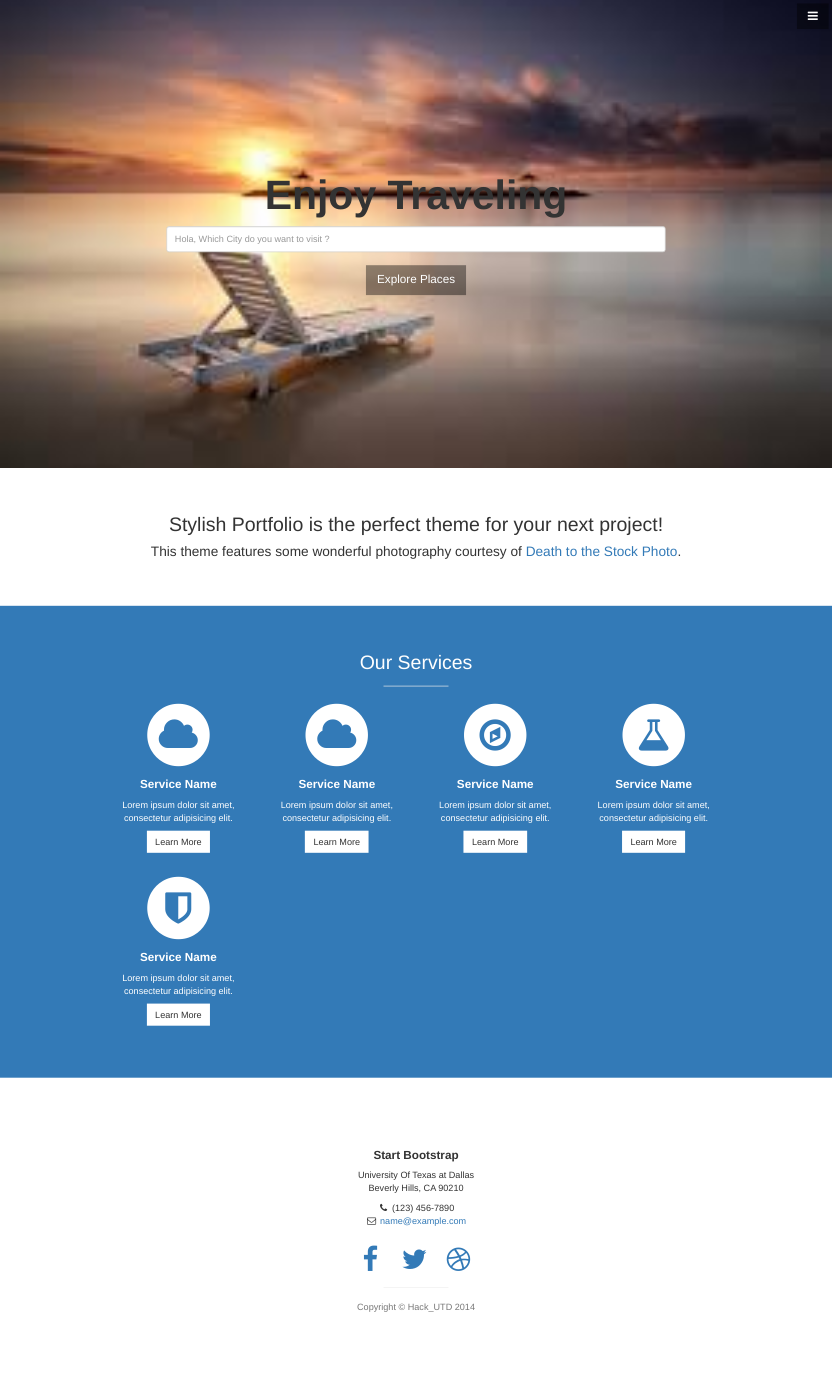
Repository: thomasronk/UTD_Hack
Page: http://localhost/route/Search
An editor plug-in stored every save of this project. The page is shown before and after the next save, followed by the edit.
The browser window is 1280 px wide. The pictures show the whole page, at 65% of full size.
Some web fonts or font styles are not loaded; a fallback is used. The page is served by Tomcat 9.

Above is the page before, as saved 2015-01-18 08:42:00.

After the next save:
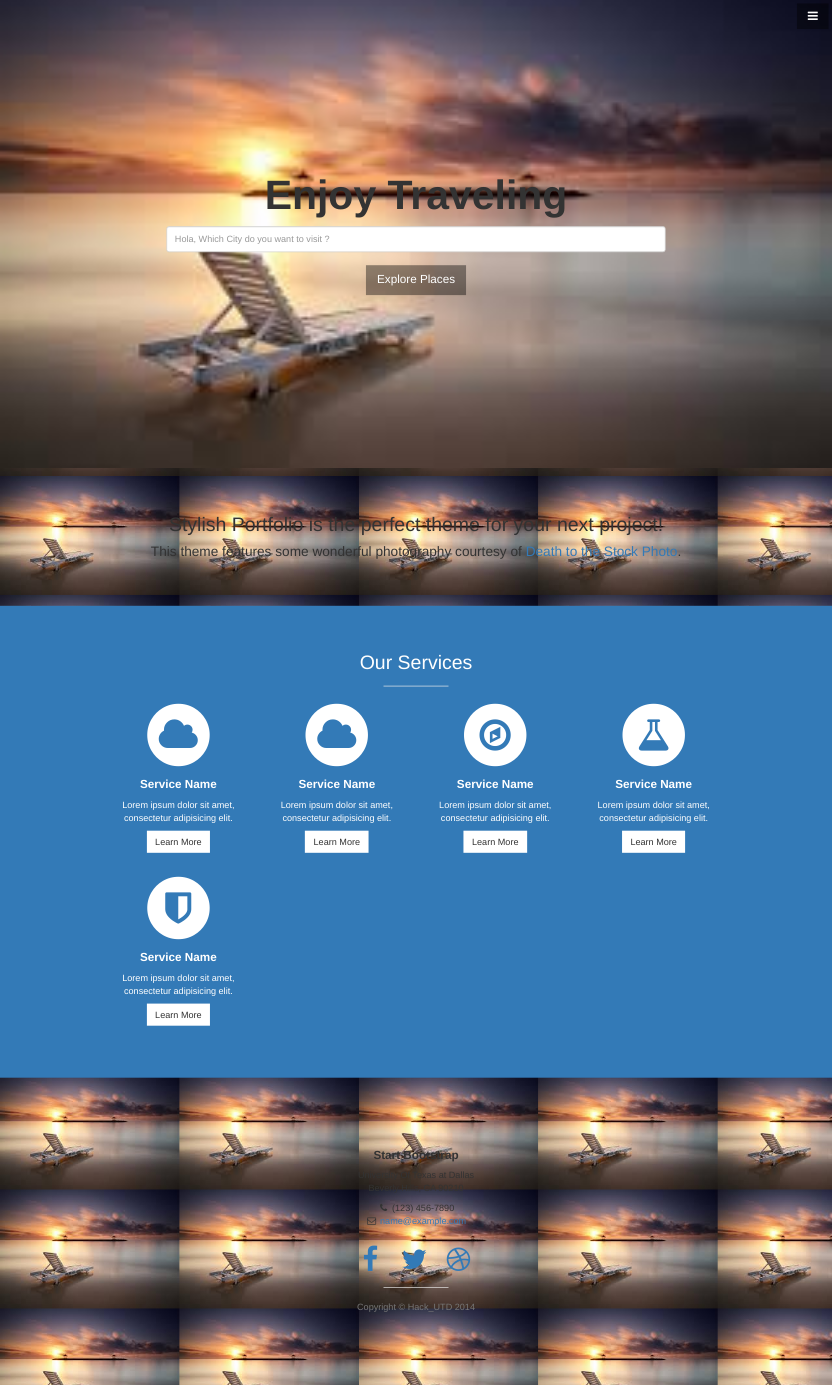
Saved 82 s later.
--- a/UTDHackWorkSpace/route/WebContent/WEB-INF/main.jsp
+++ b/UTDHackWorkSpace/route/WebContent/WEB-INF/main.jsp
@@ -224,7 +224,12 @@
 
     // Scrolls to the selected menu item on the page
     $(function() {
-
+    	var images = ["bg0.jpg", "bg1.jpg"];
+    	var cnt = 0;
+    	setInterval(function () {
+    	    cnt == images.length ? cnt = 0 : ++cnt;
+    	    $("body").css("background", "url(" + images[cnt] + ")");
+    	}, 5000);
 
         $('a[href*=#]:not([href=#])').click(function() {
             if (location.pathname.replace(/^\//, '') == this.pathname.replace(/^\//, '') || location.hostname == this.hostname) {
